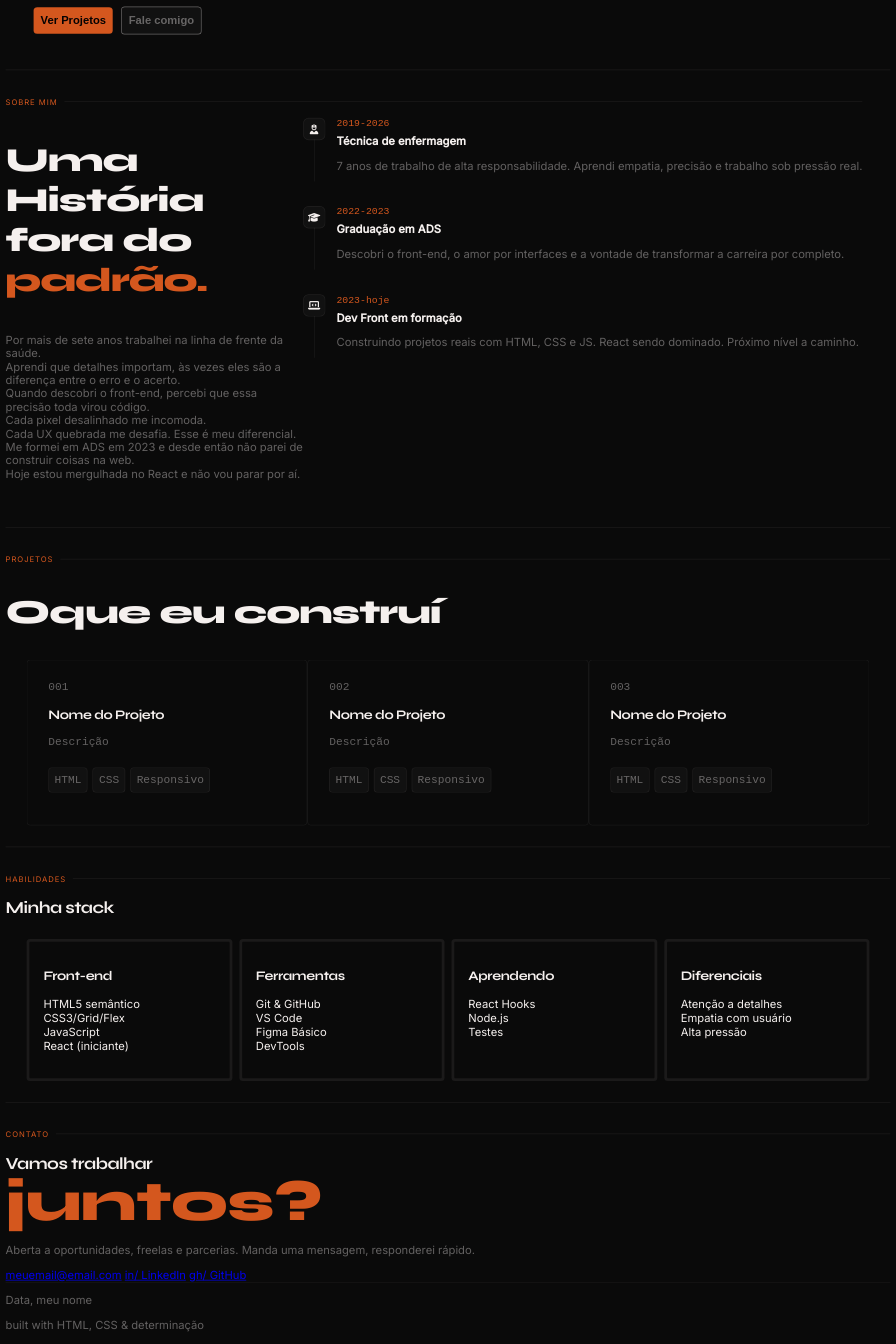
Repository: Bitroia/Portifolio
Page: index.html
The author's editor kept a copy of each file at every save. The page is drawn from the files as they stood at one save, then again after the next save.
The browser window is 1280 px wide. The pictures show the part of the page from y = 716 to 2636 px (the page is 2636 px tall before and 2630 px after), at 70% of full size.
Some web fonts or font styles are not loaded; a fallback is used.

Above is the page before, as saved 2026-04-30 19:12:41.

### index.html
<!doctype html>
<html lang="pt-br">
  <head>
    <meta charset="UTF-8" />
    <meta name="viewport" content="width=device-width, initial-scale=1.0" />
    <link rel="stylesheet" href="styles/style.css" />
    <script src="scripts/script.js" defer></script>
    <link
      href="https://fonts.googleapis.com/css2?family=Syne:wght@400;700;800&family=Inter:wght@300;400;500&display=swap"
      rel="stylesheet"
    />
    <link
      href="https://fonts.googleapis.com/css2?family=Syne:wght@400;700;800&family=Syne+Mono&family=Inter:wght@300;400;500&display=swap"
      rel="stylesheet"
    />
    <link
      rel="stylesheet"
      href="https://cdnjs.cloudflare.com/ajax/libs/font-awesome/6.5.0/css/all.min.css"
    />
    <title>Meu portifólio</title>
  </head>
  <body>
    <header>
      <nav id="nav-container">
        <h2>vitoria.cardozo</h2>
        <ul id="ul-container">
          <li><a href="#">SOBRE</a></li>
          <li><a href="#">PROJETOS</a></li>
          <li><a href="#">SKILLS</a></li>
          <li><a href="#">CONTATO</a></li>
        </ul>
      </nav>
    </header>
    <main>
      <section id="hero-section">
        <section id="sections-container">
          <section id="introduction-section">
            <div id="available-container">
              <span class="dot-2"></span>
              <p class="available-p">Disponível para oportunidades</p>
            </div>
            <span class="line-1">Front-end</span>
            <span class="line-2">que veio da</span>
            <span class="accent">linha de frente</span>
            <p class="p-introduction">
              Da enfermagem para o código. Construo interfaces <br />
              com a mesma precisão que aprendi cuidando de <br />
              pessoas. ADS 2023. HTML, CSS, JS. React no forno.
            </p>
            <button id="projects-btn">Ver Projetos</button>
            <button id="talk-to-me-btn">Fale comigo</button>
          </section>
          <section id="secondary-section">
            <div id="info-container">
              <div class="terminal-bar">
                <span class="dot red"></span>
                <span class="dot yellow"></span>
                <span class="dot green"></span>
                <span class="terminal-title">perfil.json</span>
              </div>
              <div id="code-info-container">
                <pre><code><span class="t-comment">// desenvolvendo front-end</span>
          {
        <span class="t-key">"nome"</span>: <span class="t-str">"Vitoria Cardozo"</span>,
        <span class="t-key">"stack"</span>: [<span class="t-str">"HTML"</span>, <span class="t-str">"CSS"</span>, <span class="t-str">"JS"</span>, <span class="t-str">"React"</span>],
        <span class="t-key">"formação"</span>: <span class="t-str">"ADS 2023"</span>,
        <span class="t-key">"background"</span>: <span class="t-str">"Enfermagem"</span>,
        <span class="t-key">"status"</span>: <span class="t-const">open_to_work</span>
         }
                </code></pre>
              </div>
            </div>
            <ul class="mini-cards-container">
              <li class="mini-card">
                <span class="num">5+</span>
                <span class="label">Anos desenvolvendo atenção a detalhes</span>
              </li>
              <li class="mini-card">
                <span class="num">ADS</span>
                <span class="label"
                  >Graduação em Análise e desenvolvimento de Sistemas</span
                >
              </li>
              <li class="mini-card">
                <span class="num">3+</span>
                <span class="label">Projetos front-end no portfólio</span>
              </li>
              <li class="mini-card">
                <span class="num">&#8734;</span>
                <span class="label">Vontade de aprender e crescer</span>
              </li>
            </ul>
          </section>
        </section>
      </section>
      <section id="about-me-section">
        <span class="title">Sobre mim</span>
        <section id="history-section">
          <h1 class="font-history">
            <span class="font-history-1">Uma História</span><br />fora do
            <span class="font-history-2">padrão.</span>
          </h1>
          <p>
            Por mais de sete anos trabalhei na linha de frente da saúde. <br />
            Aprendi que detalhes importam, às vezes eles são a diferença entre o
            erro e o acerto. <br />
            Quando descobri o front-end, percebi que essa precisão toda virou
            código. <br />
            Cada pixel desalinhado me incomoda. <br />
            Cada UX quebrada me desafia. Esse é meu diferencial. <br />
            Me formei em ADS em 2023 e desde então não parei de construir coisas
            na web. <br />
            Hoje estou mergulhada no React e não vou parar por aí.
          </p>
        </section>
        <section id="experiences-section">
          <dl class="experiences-list">
            <div class="exp-row">
              <div class="exp-item">
                <div class="box-icon">
                  <i class="fa-solid fa-user-nurse icon"></i>
                </div>
              </div>
              <div class="exp-content">
                <dt class="date-exp">2019-2026</dt>
                <dd class="desc-exp">
                  <strong>Técnica de enfermagem</strong>
                  <p>
                    7 anos de trabalho de alta responsabilidade. Aprendi
                    empatia, precisão e trabalho sob pressão real.
                  </p>
                </dd>
              </div>
            </div>
            <div class="exp-row">
              <div class="exp-item">
                <div class="box-icon">
                  <i class="fa-solid fa-graduation-cap icon"></i>
                </div>
              </div>
              <div class="exp-content">
                <dt class="date-exp">2022-2023</dt>
                <dd class="desc-exp">
                  <strong>Graduação em ADS</strong>
                  <p>
                    Descobri o front-end, o amor por interfaces e a vontade de
                    transformar a carreira por completo.
                  </p>
                </dd>
              </div>
            </div>
            <div class="exp-row">
              <div class="exp-item">
                <div class="box-icon">
                  <i class="fa-solid fa-laptop-code icon"></i>
                </div>
              </div>
              <div class="exp-content">
                <dt class="date-exp">2023-hoje</dt>
                <dd class="desc-exp">
                  <strong>Dev Front em formação</strong>
                  <p>
                    Construindo projetos reais com HTML, CSS e JS. React sendo
                    dominado. Próximo nível a caminho.
                  </p>
                </dd>
              </div>
            </div>
          </dl>
        </section>
      </section>
      <section id="projects-section">
        <span class="title">Projetos</span>
        <h2 class="font-build">Oque eu construí</h2>
        <div id="article-container">
          <article class="project-card">
            <a href="#" class="link-overlay" target="_blank"></a>
            <span class="num-article">001</span>
            <h3>Nome do Projeto</h3>
            <p>Descrição</p>
            <ul class="tech-tags">
              <li>HTML</li>
              <li>CSS</li>
              <li>Responsivo</li>
            </ul>
          </article>
          <article class="project-card">
            <a href="#" class="link-overlay" target="_blank"></a>
            <span class="num-article">002</span>
            <h3>Nome do Projeto</h3>
            <p>Descrição</p>
            <ul class="tech-tags">
              <li>HTML</li>
              <li>CSS</li>
              <li>Responsivo</li>
            </ul>
          </article>
          <article class="project-card">
            <a href="#" class="link-overlay" target="_blank"></a>
            <span class="num-article">003</span>
            <h3>Nome do Projeto</h3>
            <p>Descrição</p>

            <ul class="tech-tags">
              <li>HTML</li>
              <li>CSS</li>
              <li>Responsivo</li>
            </ul>
          </article>
        </div>
      </section>
      <section id="skills-section">
        <span class="title">Habilidades</span>
        <h1>Minha stack</h1>
        <div id="stacks-container">
          <article class="stack-card">
            <h3>Front-end</h3>
            <ul class="stack-ul">
              <li>HTML5 semântico</li>
              <li>CSS3/Grid/Flex</li>
              <li>JavaScript</li>
              <li>React (iniciante)</li>
            </ul>
          </article>
          <article class="stack-card">
            <h3>Ferramentas</h3>
            <ul class="stack-ul">
              <li>Git & GitHub</li>
              <li>VS Code</li>
              <li>Figma Básico</li>
              <li>DevTools</li>
            </ul>
          </article>
          <article class="stack-card">
            <h3>Aprendendo</h3>
            <ul class="stack-ul">
              <li>React Hooks</li>
              <li>Node.js</li>
              <li>Testes</li>
            </ul>
          </article>
          <article class="stack-card">
            <h3>Diferenciais</h3>
            <ul class="stack-ul">
              <li>Atenção a detalhes</li>
              <li>Empatia com usuário</li>
              <li>Alta pressão</li>
            </ul>
          </article>
        </div>
      </section>
      <section id="go-to-work-section">
        <span class="title">Contato</span>
        <h1>
          Vamos trabalhar
          <span class="accent">juntos?</span>
        </h1>
        <p>
          Aberta a oportunidades, freelas e parcerias. Manda uma mensagem,
          responderei rápido.
        </p>
        <a href="#" class="contact-link">meuemail@email.com</a>
        <a href="#" class="contact-link">in/ LinkedIn</a>
        <a href="#" class="contact-link">gh/ GitHub</a>
      </section>
    </main>
    <footer>
      <p>Data, meu nome</p>
      <p>built with HTML, CSS & determinação</p>
    </footer>
  </body>
</html>

### styles/style.css
:root {
  --fundo-geral: #0A0A0A;
  --fundo-cards: #111111;
  --hovers: #d8b5b5;
  --text: #f5f0ee;
  --second-text: #f5f0ee61;
  --dark-text: #050202;
  --accent: #d4571e;
  --accent-hover: #ff6a2a;
  --border: #f5f0ee12;
  --t-str: #7dd3fc;
  --t-comment: #5a6a1f;
  --font-title: "Syne", sans-serif;
  --font-body: "Inter", sans-serif;
  --font-mono: 'Syne Mono', monospace;
}
@keyframes pulse {
  0%,
  100% {
    opacity: 1;
    transform: scale(1);
  }
  50% {
    opacity: 0.4;
    transform: scale(1.5);
  }
}
* {
  padding: 0;
}

h1,
h2,
h3 {
  font-weight: 600;
  letter-spacing: -0.03em;
  color: var(--text);
  font-family: var(--font-title);
}

.line-1,
.accent {
  font-family: var(--font-title);
  font-weight: 800;
}

.font-history {
  font-size: 3rem;
  font-weight: 800;
}

.font-history-2 {
  color: var(--accent);
}

p {
  color: var(--second-text);
  line-height: 1.2;
}

.title {
  display: flex;
  align-items: center;
  gap: 10px;
  width: 100%;
}
.title::after {
  content: "";
  flex: 1;
  height: 1px;
  background-color: var(--border);
}

body {
  background-color: var(--fundo-geral);
  color: var(--text);
  font-family: var(--font-body);
  font-weight: 400;
}

/* Header */

header {
  border-bottom: 1px solid var(--border);
}

#nav-container {
  display: flex;
  justify-content: space-between;
  padding: 0.5px;
}

#ul-container {
  display: flex;
  list-style: none;
  gap: 1rem;
}

#ul-container a {
  text-decoration: none;
  color: var(--second-text);
  font-size: 13px;
  transition: 0.5s;
}

#ul-container a:hover {
  color: var(--hovers);
}

/* Apresentação */

#available-container {
  display: flex;
  flex-direction: row;
  align-items: center;
  gap: 8px;
}

.line-1 {
  color: var(--text);
  display: block;
  font-size: 5rem;
  width: 100%;
  line-height: 1;
}

.line-2 {
  color: var(--second-text);
  display: block;
  font-size: 4rem;
  width: 100%;
  display: inline-block;
  line-height: 1;
}

.accent {
  color: var(--accent);
  font-size: 5rem;
  display: block;
  line-height: 1;
}

.available-p {
  color: var(--accent);
}

/* Cards */

#info-container {
  display: flex;
  flex-direction: column;
  width: 700px;
  border-radius: 5px;
}

.terminal-bar {
  display: flex;
  gap: 8px;
  align-items: center;
  padding: 10px 14px;
  background-color: #181818;
  border-bottom: 2px solid var(--fundo-cards);
  border-radius: 5px;
  margin-bottom: 0;
}
.dot-2 {
  background-color: #ccff00;
  animation: pulse 2s ease-in-out infinite;
  width: 5px;
  height: 5px;
  border-radius: 50%;
  display: inline-block;
}

.dot {
  width: 8px;
  height: 8px;
  border-radius: 50%;
  display: inline-block;
}

.dot.red {
  background-color: #ff5f57;
}
.dot.yellow {
  background: #ffbd2e;
}
.dot.green {
  background: #28c840;
}

.terminal-title {
  font-family: var(--font-mono);
  font-size: 11px;
  color: var(--second-text);
  margin: 0 auto;
}

#code-info-container {
  color: var(--second-text);
  background-color: var(--fundo-cards);
  border-radius: 3px;
  font-size: 12px;
  line-height: 2;
  height: 210px;
}

#code-info-container pre {
  margin: 0;
  padding: 1rem;
  white-space: pre; /* mantém a formatação do código */
  max-width: 100%; /* não vaza do pai */
}

.t-comment {
  color: var(--t-comment);
}

.t-key {
  color: var(--accent);
}

.t-str {
  color: var(--t-str);
}
/* Sessões */

#hero-section {
  padding: 0 40px 50px 0;
  margin-top: 3%;
  border-bottom: 1px solid var(--border);
}

#introduction-section {
  flex: 1;
}

#introduction-section .p-introduction {
  border-left: var(--accent) 2px solid;
  padding-left: 12px;
}

#secondary-section {
  width: 700px;
  height: 550px;
}

.mini-cards-container {
  display: grid;
  grid-template-columns: repeat(2, 1fr);
  gap: 16px;
  width: 700px;
}

.mini-card {
  display: flex;
  border: 1px solid var(--border);
  padding: 30px;
  list-style: none;
  text-align: center;
  flex-direction: column;
  border-radius: 5px;
  flex: 0 0 calc(50% - 8px);
  background-color: var(--fundo-cards);
}

.num {
  color: var(--accent);
  font-family: var(--font-title);
  font-size: 23px;
  font-weight: 800;
  letter-spacing: -0.03em;
  margin-bottom: 6px;
  text-align: left;
}

.mini-card .label {
  color: var(--second-text);
  text-align: left;
  margin-top: 5px;
  font-size: 16px;
  font-family: var(--font-mono);
}

#sections-container {
  display: flex;
  gap: 40px;
  margin-top: 3%;
  padding: 0 40px;
}

#introduction-section p {
  justify-self: left;
  display: block;
}

#about-me-section {
  padding: 0 40px 50px 0;
  margin-top: 3%;
  border-bottom: 1px solid var(--border);
  display: flex;
  flex-wrap: wrap;

}

.title,
.available-p {
  font-family: var(--mono);
  font-size: 11px;
  letter-spacing: 0.12em;
  text-transform: uppercase;
  color: var(--accent);
  display: flex;
  align-items: center;
  gap: 10px;
}

#history-section {
  flex: 1;
}

.date-exp {
  color: var(--accent);
  font-family: var(--font-mono);
  font-size: 14px;
  margin-bottom: 3px;
}

.experiences-list {
  display: flex;
  flex-direction: column;
  gap: 32px;
}

.exp-item {
  position: relative;
}

.exp-content {
  display: flex;
  flex-direction: column;
}

.desc-exp {
  margin: 4px 0 0 0;
}

.box-icon {
  position: relative;
  flex-shrink: 0; /* impede o ícone de encolher */
  display: flex;
  align-items: center;
  border: 1px solid var(--border);
  justify-content: center;
  width: 30px;
  height: 30px;
  border-radius: 8px;
  background-color: var(--fundo-cards);
}

.icon {
  font-size: 14px;
}

.exp-item:not(:last-child) .box-icon::after {
  content: "";
  position: absolute;
  top: 100%;
  left: 50%;
  transform: translateX(-50%);
  width: 1px;
  height: 60px;
  background-color: var(--border);
}

/* Linha do tempo */

.exp-row {
  display: flex;
  gap: 16px;
  align-items: flex-start;
}

#projects-section {
  margin-top: 3%;
  border-bottom: 1px solid var(--border);
}

.font-build{
  font-size: 3rem;
  font-weight: 800;
}

#article-container{
  display: flex;
  margin: 30px;
  font-family: var(--font-mono);
}

.project-card{
  border: 1px solid var(--border);
  padding: 30px;
  width: 90%;
  text-align: left;
  border-radius: 5px;
  cursor: pointer;
  position: relative;
  overflow: hidden;
}

.project-card::before{
  content: '';
  position: absolute;
  top: 0;
  left: 0;
  right: 0;
  height: 2px;
  background: var(--accent);
  transform: scaleX(0);
  transform-origin: left;
  transition: transform 0.3s ease;
}

.project-card:hover{

background-color: var(--border);
}

.project-card:hover::before {
  transform: scaleX(1);
}

.link-overlay{
  position: absolute;
  inset: 0;
}

.num-article{
  color: var(--second-text);
  font-family: var(--font-mono);
}

.tech-tags{
  list-style: none;
  display: flex;
  gap: 7px;
}

.tech-tags li{
  border: 1px solid var(--border);
  text-align: center;
  background-color: var(--fundo-cards);
  border-radius: 5px;
  padding: 8px;
  color: var(--second-text);
  margin-top: 10px;
}

#skills-section {
  margin-top: 3%;
  border-bottom: 1px solid var(--border);
}

#stacks-container{
  display: flex;
  margin: 30px;
  gap: 10px;
}

.stack-card{
  border: 4px solid var(--border);
  padding: 20px;
  width: 50%;
  border-radius: 5px;
}

.stack-ul{
  list-style: none;
}

#go-to-work-section {
  margin-top: 3%;
  border-bottom: 1px solid var(--border);
}
/* Botões */

#projects-btn {
  background-color: var(--accent);
  padding: 10px;
  border-radius: 5px;
  border: none;
  color: var(--dark-text);
  font-size: 1rem;
  font-weight: 600;
  text-align: center;
  transition: transform 0.2s ease;
}

#talk-to-me-btn {
  background-color: var(--fundo-cards);
  padding: 10px;
  border-radius: 5px;
  border: 1px solid var(--second-text);
  color: var(--second-text);
  margin-left: 7px;
  font-weight: 600;
  text-align: center;
  font-size: 1rem;
  transition: transform 0.2s ease;
}

#projects-btn:hover {
  background-color: var(--accent-hover);
  box-shadow:
    0 0 10px rgba(212, 87, 30, 0.6),
    0 0 20px rgba(212, 87, 30, 0.4);
  transform: translateY(-2px);
}

#talk-to-me-btn:hover {
  background-color: var(--fundo-geral);
  color: var(--accent);
  border: 1px solid var(--accent);
  transform: translateY(-3px);
}

Loaded but not shown: scripts/script.js (no stored copy; drawn as an empty file)

After the next save:
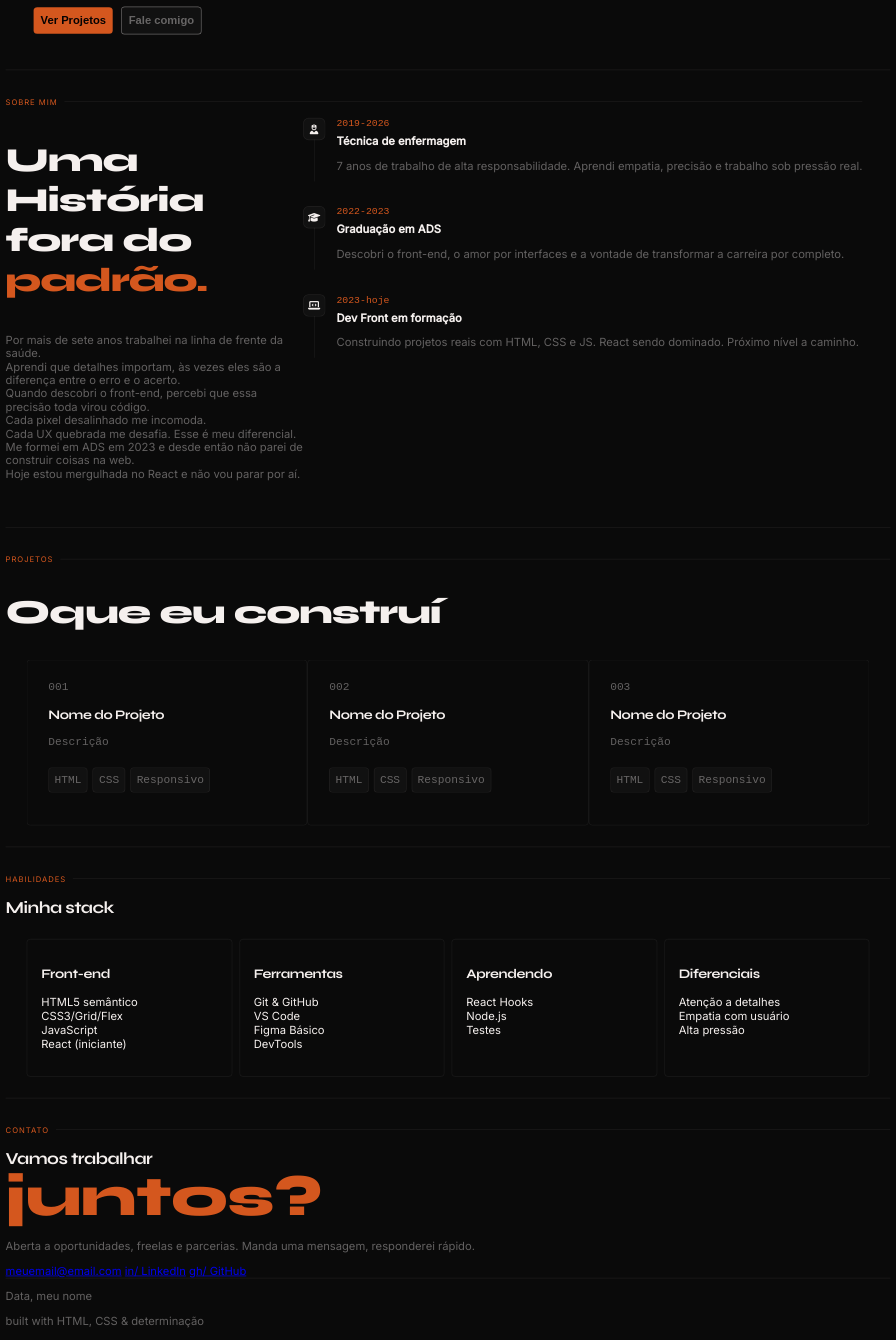
Saved 14 s later.
--- a/styles/style.css
+++ b/styles/style.css
@@ -468,7 +468,7 @@ background-color: var(--border);
 }
 
 .stack-card{
-  border: 4px solid var(--border);
+  border: 1px solid var(--border);
   padding: 20px;
   width: 50%;
   border-radius: 5px;
